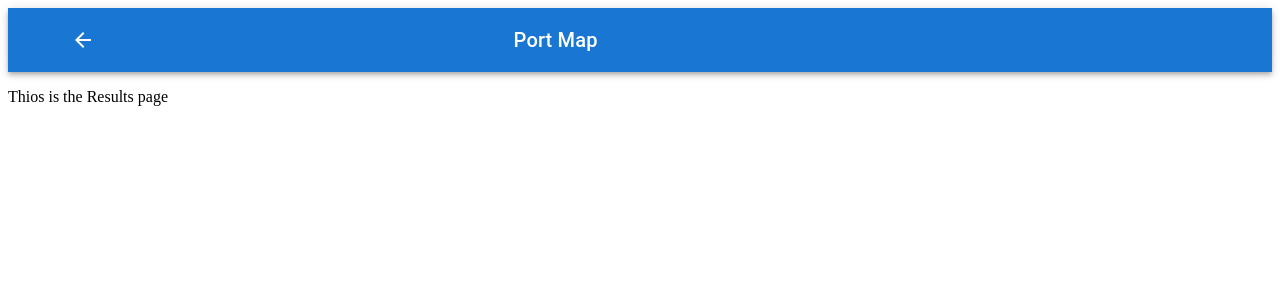
Repository: shamu332/PortMap
Page: /results (app in src/main/ui/)
An editor plug-in stored every save of this project. The page is shown before and after the next save, followed by the edit.
The browser window is 1280 px wide. The pictures show the whole page.
The project was rebuilt for these pictures with package versions that can differ from the ones it lists, and the page was loaded fresh each time. Also part of the build but not shown: src/main/ui/src/pages/Scanner.js.

Above is the page before, as saved 2023-01-09 18:37:06.

### src/main/ui/public/index.html
<!DOCTYPE html>
<html lang="en">
  <head>
    <meta charset="utf-8" />
    <link rel="icon" href="%PUBLIC_URL%/favicon.ico" />
    <meta name="viewport" content="width=device-width, initial-scale=1" />
    <meta name="theme-color" content="#000000" />
    <meta
      name="description"
      content="Web site created using create-react-app"
    />
    <link rel="apple-touch-icon" href="%PUBLIC_URL%/logo192.png" />
    <!--
      manifest.json provides metadata used when your web app is installed on a
      user's mobile device or desktop. See https://developers.google.com/web/fundamentals/web-app-manifest/
    -->
    <link rel="manifest" href="%PUBLIC_URL%/manifest.json" />
    <!--
      Notice the use of %PUBLIC_URL% in the tags above.
      It will be replaced with the URL of the `public` folder during the build.
      Only files inside the `public` folder can be referenced from the HTML.

      Unlike "/favicon.ico" or "favicon.ico", "%PUBLIC_URL%/favicon.ico" will
      work correctly both with client-side routing and a non-root public URL.
      Learn how to configure a non-root public URL by running `npm run build`.
    -->
    <title>Port Map</title>
  </head>
  <body>
    <noscript>You need to enable JavaScript to run this app.</noscript>
    <div id="root"></div>
    <!--
      This HTML file is a template.
      If you open it directly in the browser, you will see an empty page.

      You can add webfonts, meta tags, or analytics to this file.
      The build step will place the bundled scripts into the <body> tag.

      To begin the development, run `npm start` or `yarn start`.
      To create a production bundle, use `npm run build` or `yarn build`.
    -->
  </body>
</html>

### src/main/ui/src/index.js
import React from "react";
import ReactDOM from "react-dom";
import { BrowserRouter as Router, Routes, Route } from "react-router-dom";
import Results from "./pages/Results";
import Scanner from "./pages/Scanner";

ReactDOM.render(
  <>
    <Router>
      <Routes>
        <Route path="/" element={<Scanner />} />
        <Route path="/results" element={<Results />} />
      </Routes>
    </Router>
  </>,
  document.getElementById("root")
);

### src/main/ui/src/pages/Results.js
import React, { useState } from "react";
import Header from "../Header";

function Results() {
  return (
    <>
      <Header />
      <p>Thios is the Results page</p>
    </>
  );
}

export default Results;

### src/main/ui/src/Header.js
import * as React from "react";
import AppBar from "@mui/material/AppBar";
import Box from "@mui/material/Box";
import Toolbar from "@mui/material/Toolbar";
import Typography from "@mui/material/Typography";
import IconButton from "@mui/material/IconButton";
import ArrowBackIcon from "@mui/icons-material/ArrowBack";
import { useNavigate } from "react-router-dom";

export default function Header() {
  const navigate = useNavigate();
  return (
    <Box sx={{ flexGrow: 1 }}>
      <AppBar position="static">
        <Toolbar>
          <IconButton
            size="large"
            edge="start"
            color="inherit"
            aria-label="menu"
            sx={{ mr: 2 }}
          ></IconButton>
          <ArrowBackIcon
            onClick={() => navigate(-1)}
            sx={{ position: "absolute", left: "5%" }}
          />
          <Typography
            variant="h6"
            component="div"
            sx={{ flexGrow: 1, position: "absolute", left: "40%" }}
          >
            Port Map
          </Typography>
        </Toolbar>
      </AppBar>
    </Box>
  );
}

After the next save:
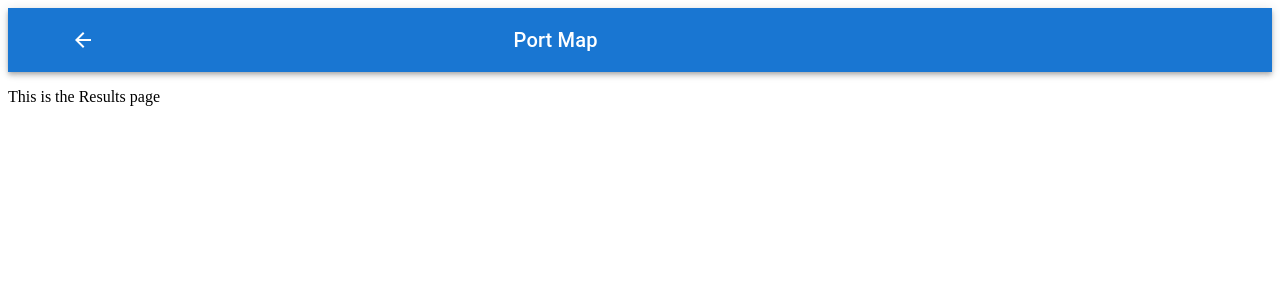
Saved 1 s later.
--- a/src/main/ui/src/pages/Results.js
+++ b/src/main/ui/src/pages/Results.js
@@ -1,11 +1,11 @@
-import React, { useState } from "react";
 import Header from "../Header";
 
-function Results() {
+function Results(data) {
+  console.log(data);
   return (
     <>
       <Header />
-      <p>Thios is the Results page</p>
+      <p>This is the Results page</p>
     </>
   );
 }
